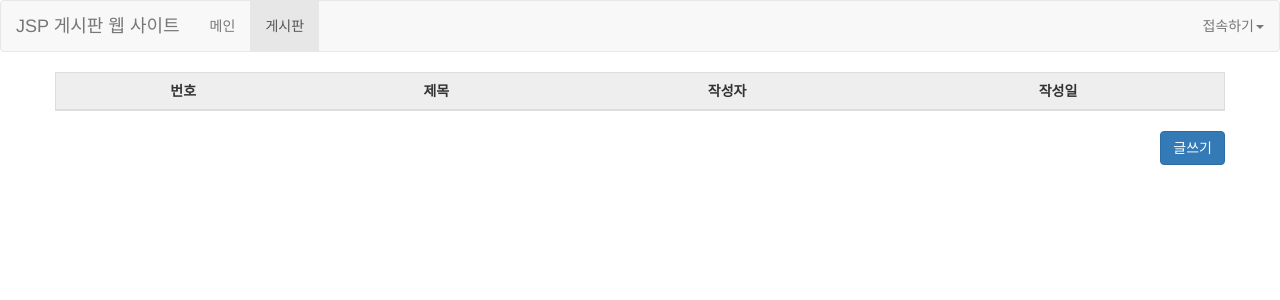
Repository: yujin149/noticeJSP
Page: http://localhost/BBS/bbs.jsp
An editor plug-in stored every save of this project. The page is shown before and after the next save, followed by the edit.
The browser window is 1280 px wide. The pictures show the whole page.
Some web libraries are served in a nearby version. The page is served by Tomcat 9. Other server files are loaded and not shown. Queries for data that is not in the repository find no rows.

Above is the page before, as saved 2024-11-29 02:13:42.

### BBS/src/main/webapp/bbs.jsp
<%@ page language="java" contentType="text/html; charset=UTF-8"
	pageEncoding="UTF-8"%>
<%@ page import="java.io.PrintWriter"%>
<%@ page import="bbs.BbsDAO"%>
<%@ page import="bbs.Bbs"%>
<%@ page import="java.util.ArrayList"%><!-- 게시판 목록을 출력하기 위해 -->
<!DOCTYPE html>
<html>
<head>
<meta charset="UTF-8">
<meta name="viewport" content="width=device-width" , initial-scale="1">
<link rel="stylesheet" href="css/bootstrap.css">
<title>JSP 게시판 웹 사이트</title>
<style>
	a, a:hover{color:#000; text-decoration:none;}
	a:hover{color:#5cb85c;}
</style>

</head>
<body>
	<%
	String userID = null; //로그인 안 한 사람.
	if (session.getAttribute("userID") != null) //로그인 한 사람.
	{
		userID = (String) session.getAttribute("userID");
	}
	//로그인이 된 회원은 로그인의 정보를 담을수 있도록 설정

	int pageNumber = 1; // 기본 첫 페이지에 해당
	if (request.getParameter("pageNumber") != null) { //pageNumber가 넘어왔다면,
		pageNumber = Integer.parseInt(request.getParameter("pageNumber"));
		//현재의 게시판이 몇번째 페이지인지를 알려줄 수 있도록 설정
	}
	%>
	<nav class="navbar navbar-default">
		<div class="navbar-header">
			<button type="button" class="navbar-toggle collapsed"
				data-toggle="collapse" data-target="#bs-example-navbar-collapse-1"
				aria-expanded="false">
				<span class="icon-bar"></span> <span class="icon-bar"></span> <span
					class="icon-bar"></span>
			</button>
			<a class="navbar-brand" href="main.jsp">JSP 게시판 웹 사이트</a>
		</div>
		<div class="collapse navbar-collapse"
			id="bs-example-navbar-collapse-1">
			<ul class="nav navbar-nav">
				<li><a href="main.jsp">메인</a></li>
				<!-- 현재 접속한 페이지 active -->
				<li class="active"><a href="bbs.jsp">게시판</a></li>
			</ul>
			<%
			if (userID == null) //로그인이 되어있지 않았을때만 접속하기가 보여지도록
			{
			%>
			<ul class="nav navbar-nav navbar-right">
				<li class="dropdown"><a href="#" class="dropdown-toggle"
					data-toggle="dropdown" role="button" aria-haspopup="true"
					aria-expanded="false">접속하기<span class="caret"></span></a> <!-- 임시의 주소링크 "#"을 기재한다. -->
					<!-- caret = creates a caret arrow icon (▼) -->
					<ul class="dropdown-menu">
						<!-- dropdown-menu : 버튼을 눌렀을때, 생성되는 메뉴(접속하기를 눌렀을때 로그인, 회원가입 메뉴 -->
						<li><a href="login.jsp">로그인</a></li>
						<li><a href="join.jsp">회원가입</a></li>
					</ul></li>
			</ul>
			<%
			} else //로그인이 되었을때
			{
			%>
			<ul class="nav navbar-nav navbar-right">
				<li class="dropdown"><a href="#" class="dropdown-toggle"
					data-toggle="dropdown" role="button" aria-haspopup="true"
					aria-expanded="false">회원관리<span class="caret"></span></a>
					<ul class="dropdown-menu">
						<li><a href="logoutAction.jsp">로그아웃</a></li>
					</ul></li>
			</ul>
			<%
			}
			%>
		</div>
	</nav>

	<!-- 게시판 페이지 컨텐츠 영역 -->
	<div class="container">
		<div class="row">
			<table class="table table-striped"
				style="text-align: center; border: 1px solid #dddddd">
				<thead>
					<tr>
						<th style="background-color: #eeeeee; text-align: center;">번호</th>
						<th style="background-color: #eeeeee; text-align: center;">제목</th>
						<th style="background-color: #eeeeee; text-align: center;">작성자</th>
						<th style="background-color: #eeeeee; text-align: center;">작성일</th>

					</tr>
				</thead>
				<tbody>
					<%
					BbsDAO bbsDAO = new BbsDAO();
					ArrayList<Bbs> list = bbsDAO.getList(pageNumber);
					for (int i = 0; i < list.size(); i++) {
					%>
					<tr>
						<td><%=list.get(i).getBbsNum()%></td>
						<!-- 번호, 제목, 작성자, 작성일 표시 -->
						<td><a href="view.jsp?bbsID=<%=list.get(i).getBbsNum()%>">
								<%=list.get(i).getBbsTitle().replaceAll(" ", "&nbsp;").replaceAll("<","&lt;")
							.replaceAll(">","&gt;").replaceAll("\n", "<br>")%></a></td>
						<!-- 제목을 눌렀을땐, 해당 게시글을 표시해줘야함 따라서 참조 -->
						<td><%=list.get(i).getUserID()%></td>
						<td><%=list.get(i).getBbsDate().substring(0, 11) + list.get(i).getBbsDate().substring(11, 13) + "시 "
		+ list.get(i).getBbsDate().substring(14, 16) + "분 "%></td>
						<!-- MySQL에서 Date를 2019-06-06 12:48:49식으로 나타내서, 보기 좋게 변경 -->
					</tr>
					<%
					}
					%>
				</tbody>

			</table>
			<%
			if (pageNumber != 1) { //1이 아니라면 이전페이지가 존재하기 때문에 이전 버튼을 만들어줌.
			%>
			<a href="bbs.jsp?pageNumber=<%=pageNumber - 1%>"
				class="btn btn-success btn-arraw-left">이전</a>
			<%
			}
			if (bbsDAO.nextPage(pageNumber + 1)) { //다음페이지가 존재한다면이기 때문에, +1을 해줌.
			%>
			<a href="bbs.jsp?pageNumber=
				<%=pageNumber + 1%>" class="btn btn-success btn-arraw-left">다음</a>
			<%
			}
			%>
			<a href="write.jsp" class="btn btn-primary pull-right">글쓰기</a>
		</div>
	</div>

	<script src="http://code.jquery.com/jquery-3.1.1.min.js"></script>
	<script src="js/bootstrap.js"></script>
</body>
</html>

### BBS/src/main/java/bbs/BbsDAO.java
package bbs;

import java.sql.Connection;
import java.sql.DriverManager;
import java.sql.PreparedStatement;
import java.sql.ResultSet;
import java.util.ArrayList;

public class BbsDAO {
	//UserDAO.java와 동일
	private Connection conn;
	private ResultSet rs;

	public BbsDAO()
	{
		try
		{
			String dbURL = "jdbc:mysql://localhost:3306/testjsp";

			String dbID = "root";
			String dbPassword = "1234";
			Class.forName("com.mysql.jdbc.Driver");

			conn = DriverManager.getConnection(dbURL, dbID, dbPassword);
		}catch(Exception e)
		{
			e.printStackTrace();
		}
	}

	// 게시판 글쓰기를 위한 함수
	public String getDate()
	{
		String SQL = "SELECT NOW()";
		try {
			PreparedStatement pstmt = conn.prepareStatement(SQL);
			rs = pstmt.executeQuery();

			if(rs.next()) {
				return rs.getString(1);
			}

		} catch(Exception e) {
			e.printStackTrace();
		}
		return "";
	}

	public int getNext() // 게시글 번호 입력 함수
	{
		String SQL = "SELECT bbsNum FROM BBS ORDER BY bbsNum DESC";
		try {
			PreparedStatement pstmt = conn.prepareStatement(SQL);
			rs = pstmt.executeQuery();

			if(rs.next()) {
				return rs.getInt(1) + 1;
			}
			return 1;

		} catch(Exception e) {
			e.printStackTrace();
		}
		return -1;
	}

	public int write(String bbsTitle, String userID, String bbsContent) //실제 글을 작성하는 함수
	{
		String SQL = "INSERT INTO BBS VALUES (?, ?, ?, ?, ?, ?)";

		try {
			PreparedStatement pstmt = conn.prepareStatement(SQL);
			pstmt.setInt(1, getNext());
			pstmt.setString(2, bbsTitle);
			pstmt.setString(3, userID);
			pstmt.setString(4, getDate());
			pstmt.setString(5, bbsContent);
			pstmt.setInt(6, 1);

			return pstmt.executeUpdate();

		} catch(Exception e) {
			e.printStackTrace();
		}
		return -1;
	}

	public ArrayList<Bbs> getList(int pageNumber)
	{
		String SQL = "SELECT * FROM BBS WHERE bbsNum < ?  AND bbsAvailable = 1 ORDER BY bbsNum DESC LIMIT 10";

		ArrayList<Bbs> list = new ArrayList<Bbs>();
		try {
			PreparedStatement pstmt = conn.prepareStatement(SQL);
			pstmt.setInt(1, getNext() - (pageNumber - 1) * 10);

			rs = pstmt.executeQuery();

			while(rs.next()) {
				Bbs bbs = new Bbs();
				bbs.setBbsNum(rs.getInt(1));
				bbs.setBbsTitle(rs.getString(2));
				bbs.setUserID(rs.getString(3));
				bbs.setBbsDate(rs.getString(4));
				bbs.setBbsContent(rs.getString(5));
				bbs.setBbsAvailable(rs.getInt(6));
			    list.add(bbs);
			}
		} catch(Exception e) {
			e.printStackTrace();
		}
		return list; //게시글 출력
	}

	public boolean nextPage(int pageNumber)
	{
		String SQL = "SELECT * FROM BBS WHERE bbsNum < ?  AND bbsAvailable = 1 ORDER BY bbsNUm DESC LIMIT 10";

		try {
			PreparedStatement pstmt = conn.prepareStatement(SQL);
			pstmt.setInt(1, getNext() - (pageNumber - 1) * 10);

			rs = pstmt.executeQuery();

			if(rs.next()) {
				return true;
			}
		} catch(Exception e) {
			e.printStackTrace();
		}
		return false;
	}

	public Bbs getBbs(int bbsNum) {
		String SQL = "SELECT * FROM BBS WHERE bbsNum = ?";
		try {
			PreparedStatement pstmt = conn.prepareStatement(SQL);
	        pstmt.setInt(1, bbsNum);
	        rs = pstmt.executeQuery();

			if(rs.next()) {
	            Bbs bbs = new Bbs();
	            bbs.setBbsNum(rs.getInt(1));
	            bbs.setBbsTitle(rs.getString(2));
	            bbs.setUserID(rs.getString(3));
	            bbs.setBbsDate(rs.getString(4));
	            bbs.setBbsContent(rs.getString(5));
	            bbs.setBbsAvailable(rs.getInt(6));
	            return bbs;
	        }
		} catch(Exception e) {
	        e.printStackTrace();
	    }
		return null; // 해당 게시글이 존재하지 않는 경우
	}

	public int update(int bbsNum, String bbsTitle, String bbsContent) {
		String SQL = "UPDATE BBS SET bbsTitle = ?, bbsContent =? WHERE bbsNum = ?";
		try {
			PreparedStatement pstmt = conn.prepareStatement(SQL);
			pstmt.setString(1, bbsTitle);
			pstmt.setString(2, bbsContent);
			pstmt.setInt(3, bbsNum);
			return pstmt.executeUpdate();
		}catch(Exception e){
			e.printStackTrace();
		}
		return -1; //데이터베이스 오류
	}

	public int delete(int bbsNum) {
		String SQL = "UPDATE BBS SET bbsAvailable = 0 WHERE bbsNum = ?";
		//글을 삭제해도 글의 정보가 남아있도록 bbsAvailable 값만 0으로 바꿔줌으로써 삭제기능을 줄 수 있다.
		//게시글 번호는 1번부터 2번, 3, 4, ...올라가서 마지막의 번호를 가져와서 +1해준다.
		try {
			PreparedStatement pstmt = conn.prepareStatement(SQL);
			pstmt.setInt(1, bbsNum);
			return pstmt.executeUpdate();
		}catch(Exception e){
			e.printStackTrace();
		}
		return -1; //데이터베이스 오류
	}
}

Loaded but not shown: BBS/src/main/webapp/css/bootstrap.css (library); BBS/src/main/webapp/js/bootstrap.js (library)

After the next save:
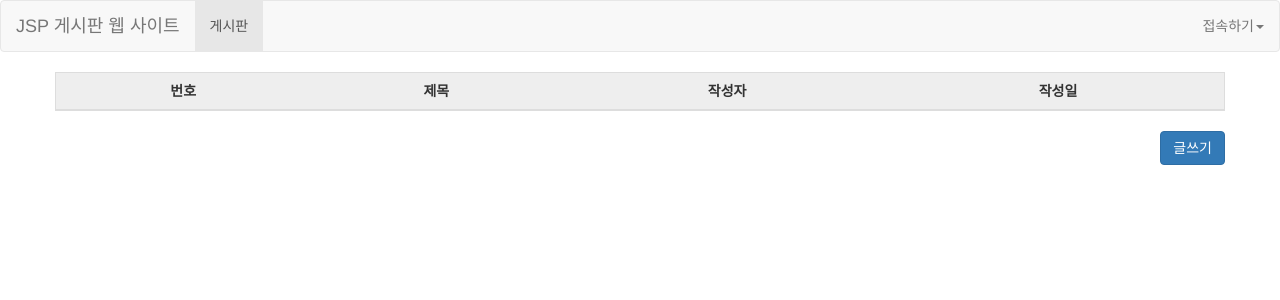
Saved 20 s later.
--- a/BBS/src/main/webapp/bbs.jsp
+++ b/BBS/src/main/webapp/bbs.jsp
@@ -40,12 +40,11 @@
 				<span class="icon-bar"></span> <span class="icon-bar"></span> <span
 					class="icon-bar"></span>
 			</button>
-			<a class="navbar-brand" href="main.jsp">JSP 게시판 웹 사이트</a>
+			<a class="navbar-brand" href="bbs.jsp">JSP 게시판 웹 사이트</a>
 		</div>
 		<div class="collapse navbar-collapse"
 			id="bs-example-navbar-collapse-1">
 			<ul class="nav navbar-nav">
-				<li><a href="main.jsp">메인</a></li>
 				<!-- 현재 접속한 페이지 active -->
 				<li class="active"><a href="bbs.jsp">게시판</a></li>
 			</ul>
